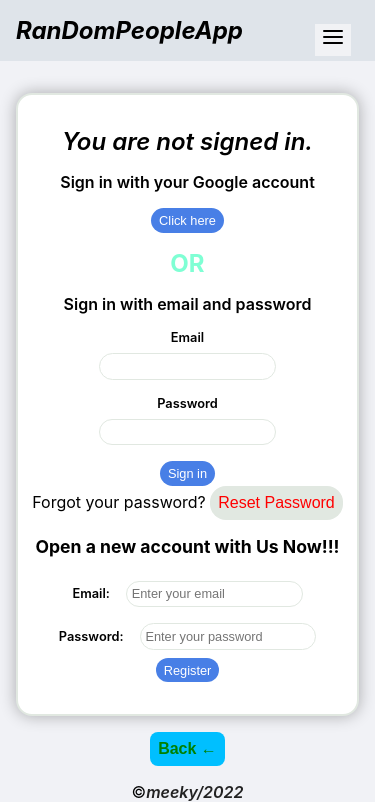
Repository: MikkyPrestige/RandomProfiles
Page: /profile
These files come from the project's save history. The page is drawn as it stood at one moment and after the next save; the edit follows.
The browser window is 375 px wide. The pictures show the whole page.
The page's requests for data from a server got no answer. The project was rebuilt for these pictures with package versions that can differ from the ones it lists, and the page was loaded fresh each time. Some packages were replaced by stand-ins written for this rebuild. No one was signed in, and anything a server would have sent is missing. Also part of the build but not shown: src/assets/styles/home.css, src/components/home.jsx, src/components/users.jsx, src/assets/styles/search.css, src/components/search.jsx, src/assets/styles/help.css, src/components/help.jsx, src/assets/styles/about.css and 8 more.

Above is the page before, as saved 2022-12-07 03:46:34.

After the next save:
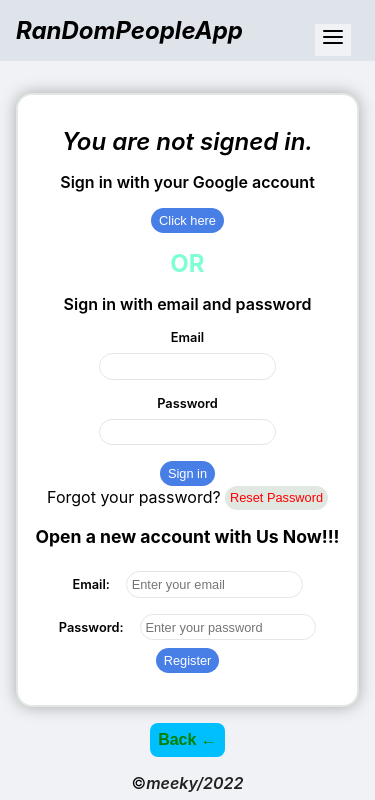
Saved 113 s later.
--- a/src/assets/styles/profile.css
+++ b/src/assets/styles/profile.css
@@ -266,6 +266,11 @@
     font-size: .8rem;
   }
 
+  .btn {
+    padding: .3rem;
+    font-size: .8rem;
+  }
+
   .register {
     padding: 1rem;
   }
